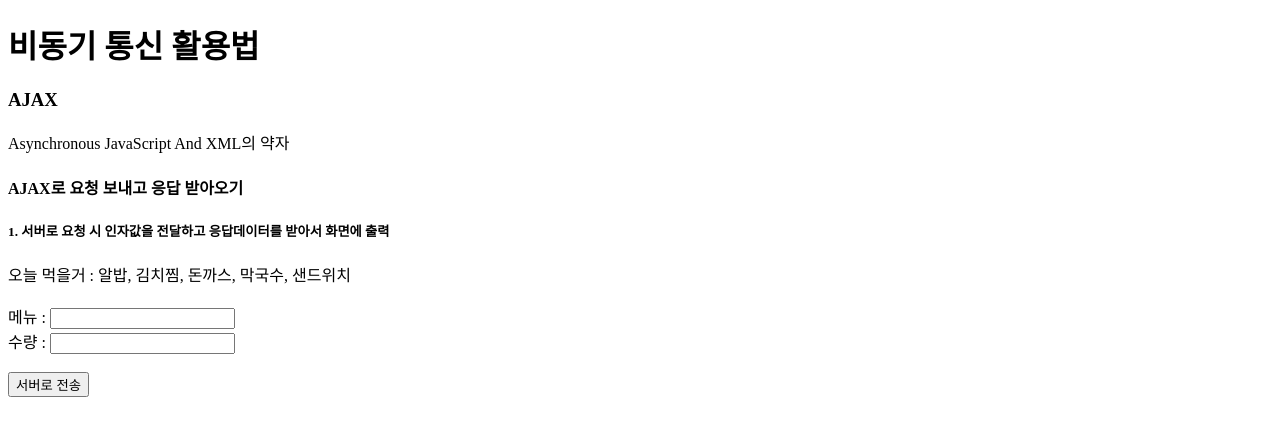
Repository: tjdgk2019/new_springframework
Page: http://localhost/ajaxProject/
The author's editor kept a copy of each file at every save. The page is drawn from the files as they stood at one save, then again after the next save.
The browser window is 1280 px wide. The pictures show the whole page.
The page is served by Tomcat 9.

Above is the page before, as saved 2024-06-25 05:52:44.
Console error: TypeError: Cannot set properties of null (setting 'onclick')

After the next save:
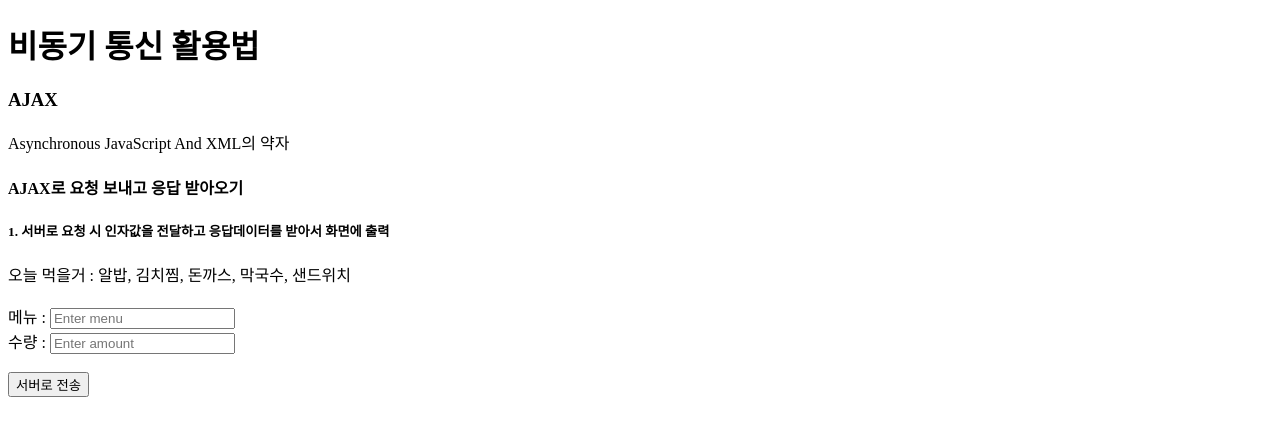
Saved 33 s later.
--- a/ajaxProject/src/main/webapp/index.jsp
+++ b/ajaxProject/src/main/webapp/index.jsp
@@ -64,8 +64,8 @@
     <h5>1. 서버로 요청 시 인자값을 전달하고 응답데이터를 받아서 화면에 출력</h5>
     <label>오늘 먹을거 : 알밥, 김치찜, 돈까스, 막국수, 샌드위치</label> <br/><br/>
 
-    메뉴 : <input type="text" id="menu"> <br/>
-    수량 : <input type="number" id="amount"> <br/><br/>
+    메뉴 : <input type="text" id="menu" placeholder="Enter menu"> <br/>
+    수량 : <input type="number" id="amount" placeholder="Enter amount"> <br/><br/>
 
 
     <button>서버로 전송</button>

After the save that followed:
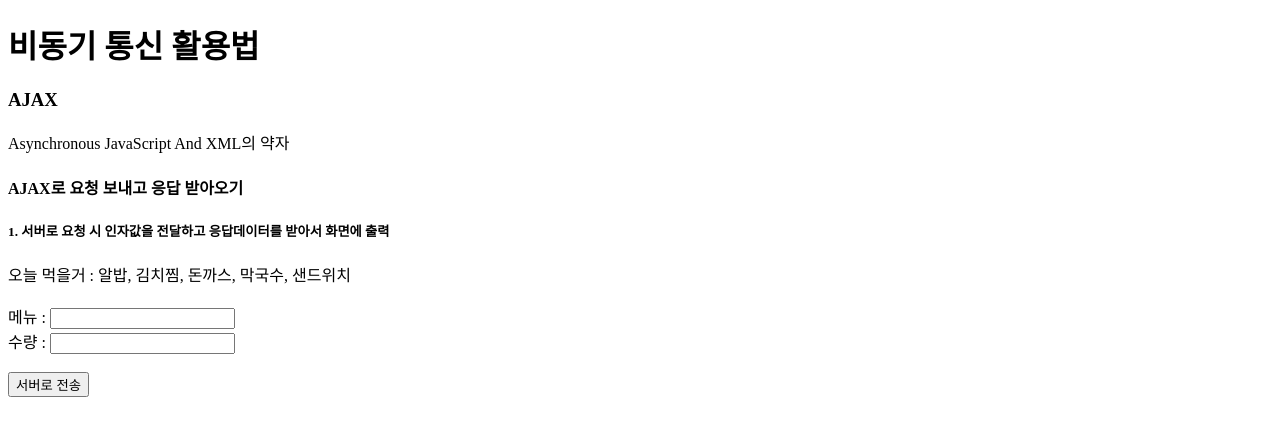
Saved 5 min 25 s later.
--- a/ajaxProject/src/main/webapp/index.jsp
+++ b/ajaxProject/src/main/webapp/index.jsp
@@ -64,8 +64,8 @@
     <h5>1. 서버로 요청 시 인자값을 전달하고 응답데이터를 받아서 화면에 출력</h5>
     <label>오늘 먹을거 : 알밥, 김치찜, 돈까스, 막국수, 샌드위치</label> <br/><br/>
 
-    메뉴 : <input type="text" id="menu" placeholder="Enter menu"> <br/>
-    수량 : <input type="number" id="amount" placeholder="Enter amount"> <br/><br/>
+    메뉴 : <input type="text" id="menu"> <br/>
+    수량 : <input type="number" id="amount"> <br/><br/>
 
 
     <button>서버로 전송</button>
@@ -75,29 +75,29 @@
     <!-- 버튼 클릭 시 메뉴에 입력한 음식명과 수량에 입력한 개수를 가지고 서버에 요청해서 => 응답받은 읍압데이터를 div요소의 content요소에 출력 -->
     </div>
     <script>
-        document.addEventListener('DOMContentLoaded', () => {
-            document.getElementById('btn').onclick = () => {
-                const menu = document.getElementById('menu').value;
-                const amount = document.getElementById('amount').value;
+    	document.getElementById('btn').onclick= () => {
+    		const menu= document.getElementById('menu').value;
+    		const amount= document.getElementById('amount').value;
 
-                $.ajax({
-                    url: 'ajax1.do', // 필수정의 속성(매핑값)
-                    type: 'get', // 요청 시 전달방식
-                    data: { // 요청 시 전달할 값
-                        menu: menu,
-                        amount: amount
-                    },
-                    success: result => {
-                        // consol.log(result);
-                        const resultMessage = '선택하신 메뉴 ' + menu + ' ' + amount + '개의 가격은 ' + result + '원입니다.';
-                        document.getElementById('resultMsg').innerHTML = resultMessage;
-                    },
-                    error: () => {
-                        console.log('아마 오타');
-                    }
-                });
-            };
-        });
+    		$.ajax({
+    			url : 'ajax1.do',	 		//필수정의 속성(매핑값)
+    			type : 'get', 				//요청 시 전달방식
+    			data : {                    //요청 시 전달할 값
+    				menu : menuValue,
+    				amount : amountValue
+    			},
+    			success : result => {
+    				//consol.log(result);
+    				const resultValue= '선택하신 메뉴'+menuValue+' '+amountValue+'개의 가격은'+resultValue+'원입니다.';
+    				document.getElementById('resultMsg').innerHTML='resultValue';
+    			},
+    			error : () =>{
+    				consol.log('아마 오타');
+    			}
+
+    		});
+
+    	}
     </script>
 
 
